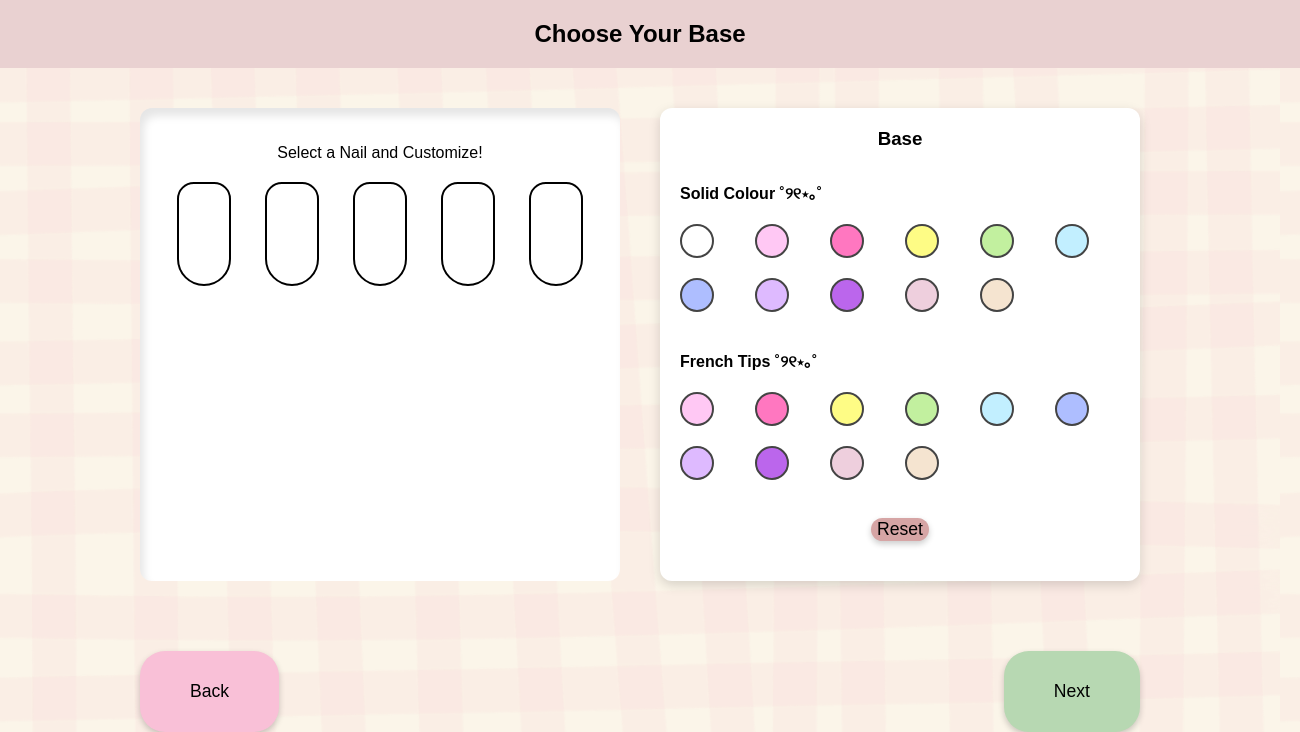
Repository: amolwalia/Fluidity-Lab
Page: base-paint.html
The author's editor kept a copy of each file at every save. The page is drawn from the files as they stood at one save, then again after the next save.
The browser window is 1280 px wide. The page is 1300 px wide, so the pictures cover 1300 px, including what lies to the right of the window. The pictures show the whole page.

Above is the page before, as saved 2025-05-11 19:17:24.

After the next save:
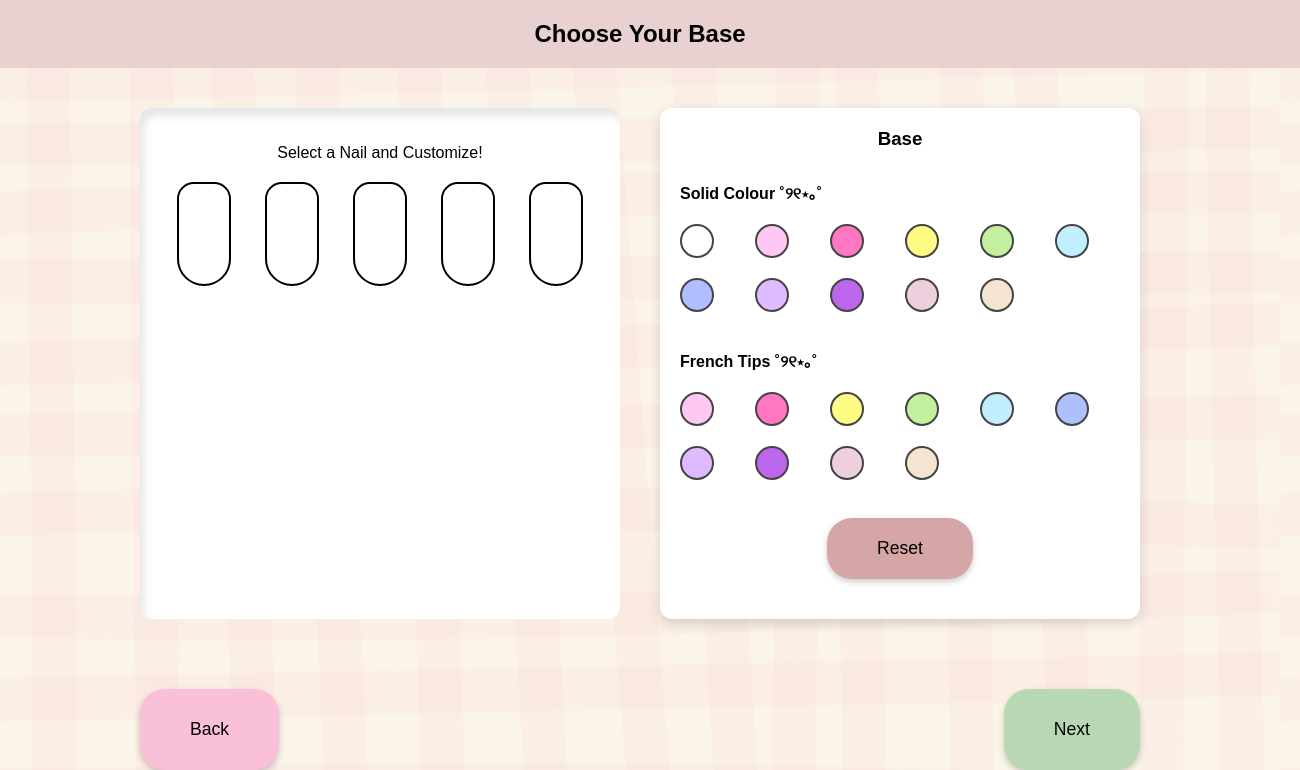
Saved 13 s later.
--- a/styles/basepaints.css
+++ b/styles/basepaints.css
@@ -119,6 +119,7 @@ strong.custom {
   margin-top: 30px;
 }
 .btn {
+  padding: 20px 50px;
   font-size: 1.1rem;
   background-color: #b7d8b2;
   border: none;
